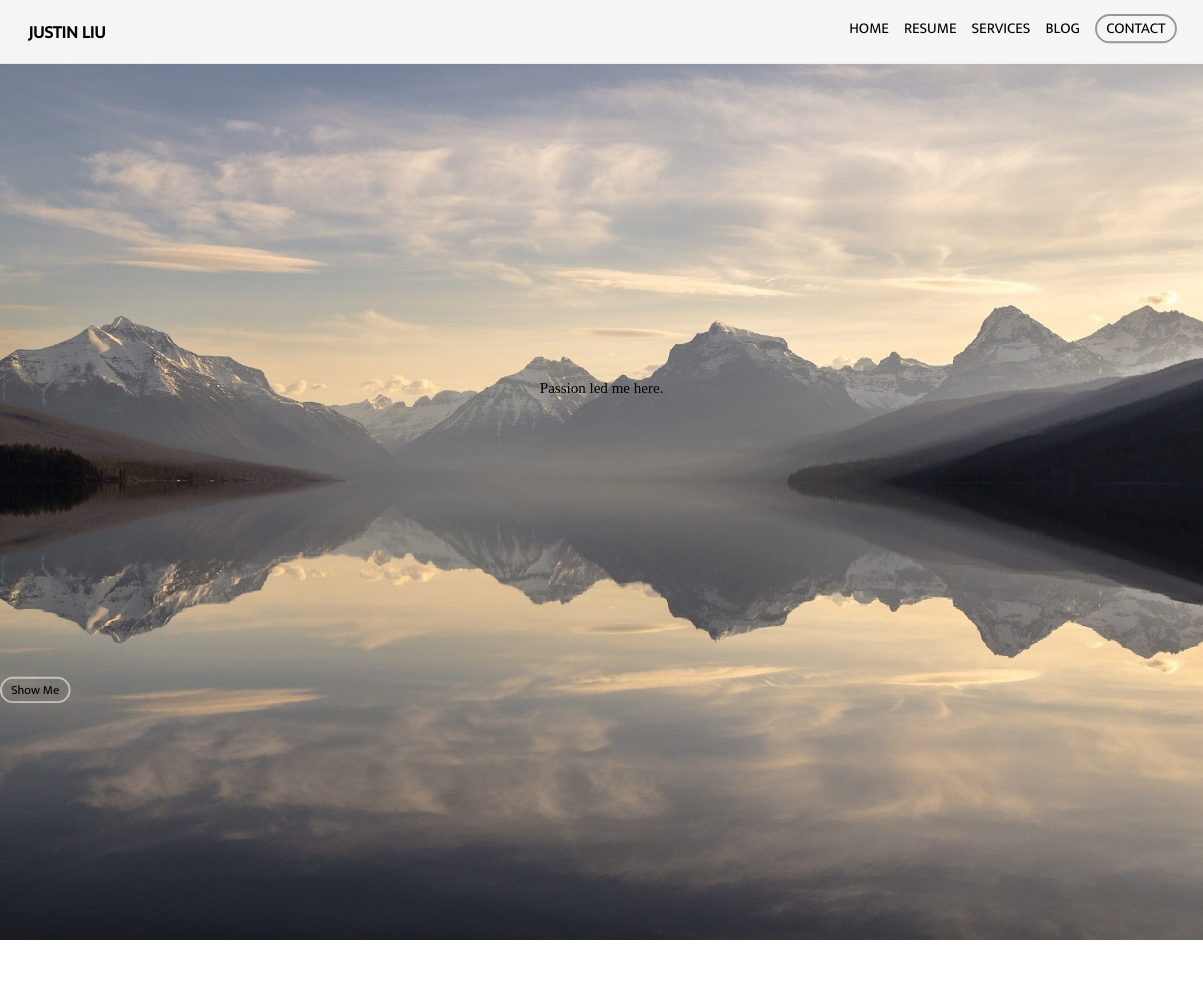
Repository: justinliu88/personal-projects
Page: index.html
The author's editor kept a copy of each file at every save. The page is drawn from the files as they stood at one save, then again after the next save.
The browser window is 1280 px wide. The pictures show the whole page, at 94% of full size.
Some web libraries are served in a nearby version. The style sheet was rebuilt from its Sass, Less or Tailwind sources for each picture, by a compiler version that may differ from the author's.

Above is the page before, as saved 2020-03-17 11:36:16.

After the next save:
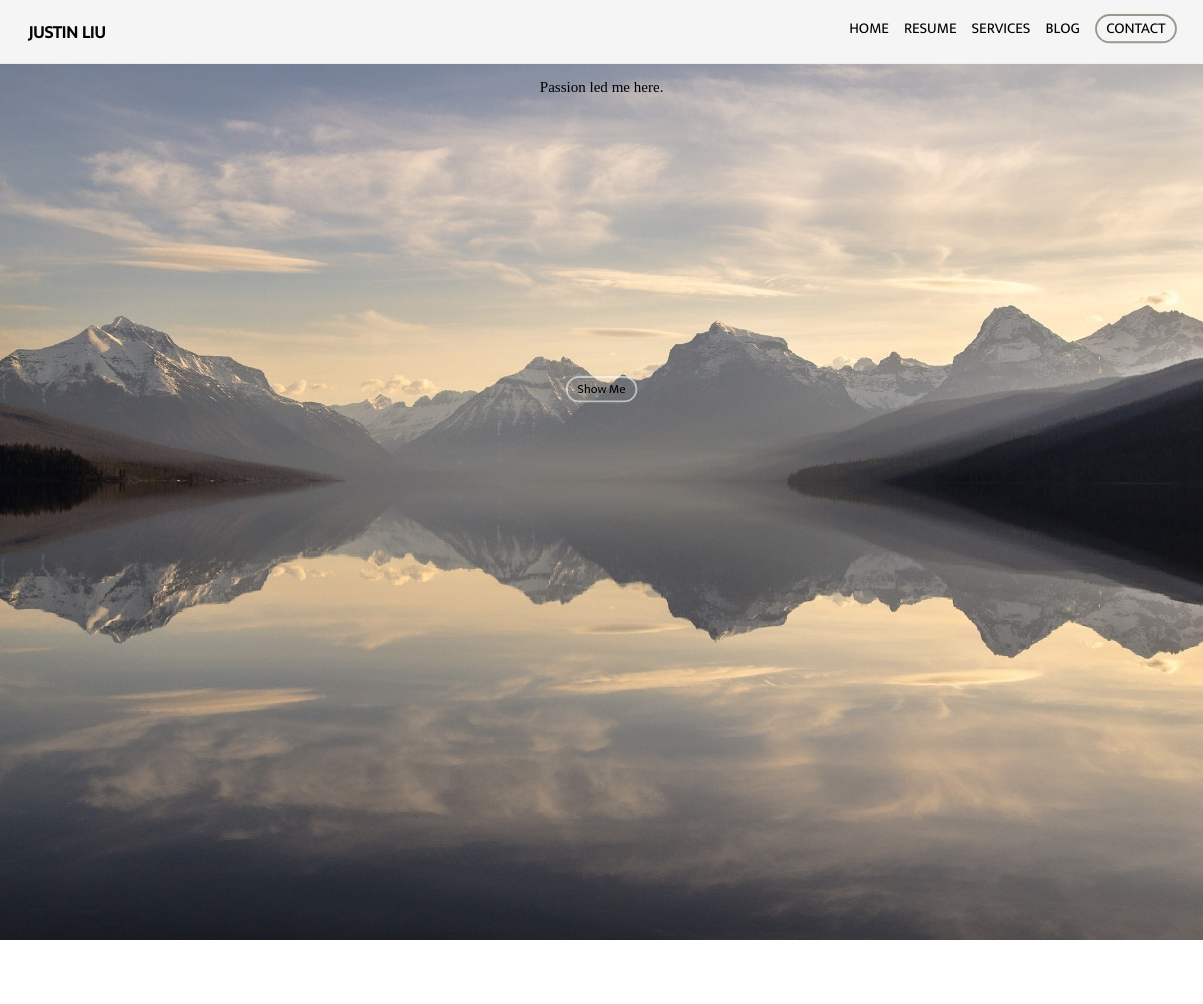
Saved 6 s later.
--- a/main.scss
+++ b/main.scss
@@ -57,8 +57,8 @@ body {
 .container-slogan {
     display: flex;
     flex-direction: column;
-    justify-content: center;
-    align-items: top;
+    justify-content: top;
+    align-items: center;
     height: 100%;
     width: 100%;
     &__content {
